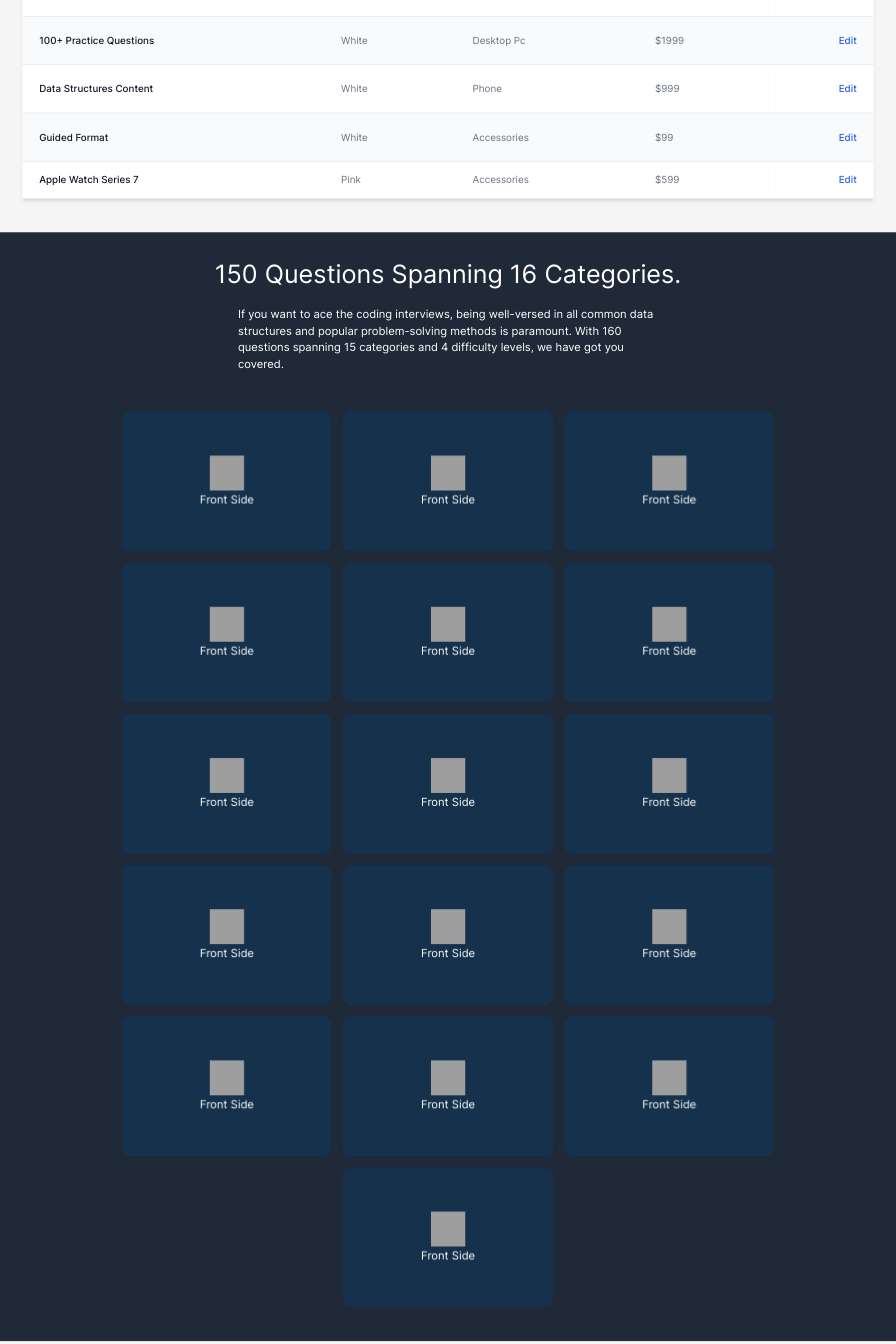
Repository: om1ars/Xjkey
Page: /
An editor plug-in stored every save of this project. The page is shown before and after the next save, followed by the edit.
The browser window is 1280 px wide. The pictures show the part of the page from y = 1117 to 3037 px (the page is 3657 px tall before and 3673 px after), at 70% of full size.
Pictures or frames that could not be fetched are drawn as grey boxes. The project was rebuilt for these pictures with package versions that can differ from the ones it lists, and the page was loaded fresh each time. The framework's server and built-in components were replaced by stand-ins that run in the browser. Also part of the build but not shown: next.config.js.

Above is the page before, as saved 2022-03-19 01:47:48.

### src/pages/_app.tsx
import "@/css/fonts.css";
// Import Swiper styles
import "swiper/css";
import "swiper/css/free-mode";
import "swiper/css/scrollbar";
import "swiper/css/navigation";
//
import "@/css/main.scss";
import type { AppProps } from "next/app";
import { ThemeProvider } from "next-themes";
import { Header } from "@/components/Header";
import DefaultLayout from "@/layouts/DefaultLayout";

function MyApp({ Component, pageProps }: AppProps) {
  return (
    <ThemeProvider attribute="class" defaultTheme="system">
      <DefaultLayout>
        <Component {...pageProps} />
      </DefaultLayout>
    </ThemeProvider>
  );
}

export default MyApp;

### src/pages/_document.tsx
import NextDocument, {
  Html,
  Head,
  Main,
  NextScript,
  DocumentContext,
} from 'next/document';

export default class Document extends NextDocument {
  static async getInitialProps(ctx: DocumentContext) {
    const initialProps = await NextDocument.getInitialProps(ctx);
    return { ...initialProps };
  }

  render() {
    return (
      <Html lang='en' className='dark'>
        <Head>
          <link href='/favicons/site.webmanifest' rel='manifest' />
          <link href='/favicons/favicon.ico' rel='shortcut icon' />
          <link
            href='/favicons/apple-touch-icon.png'
            rel='apple-touch-icon'
            sizes='180x180'
          />
          <link
            href='/favicons/favicon-32x32.png'
            rel='icon'
            sizes='32x32'
            type='image/png'
          />
          <link
            href='/favicons/favicon-16x16.png'
            rel='icon'
            sizes='16x16'
            type='image/png'
          />
          <link
            rel='mask-icon'
            href='/favicons/safari-pinned-tab.svg'
            color='#6366f1'
          />
          <meta content='#ffffff' name='theme-color' />
          <meta content='#ffffff' name='msapplication-TileColor' />
          <meta
            content='/favicons/browserconfig.xml'
            name='msapplication-config'
          />
        </Head>
        <body className='dark:highlight-white/5 bg-neutral-100 text-slate-900 antialiased dark:bg-gray-800 dark:text-white'>
          <Main />
          <NextScript />
        </body>
      </Html>
    );
  }
}

### src/pages/index.tsx
import React from "react";
import SEO from "@/components/SEO";
import AboutUs from "@/components/HomeComponents/AboutUs";
import Hero from "@/components/HomeComponents/Hero";
import { FeaturedJobs } from "@/components/HomeComponents/FeaturedJobs";
import AlgoFlipCard from "@/components/HomeComponents/FlipCard";
import VideosComponents from "@/components/HomeComponents/VideosComponents";
import CompareTable from "@/components/HomeComponents/CompareTable";
export default function Home() {
  return (
    <>
      <SEO />
      <Hero />
      <main className="mx-auto max-w-screen-xl px-6 sm:px-8">
        <div className="mt-16 space-y-20">
          <FeaturedJobs />
        </div>
      </main>
      <main
        className="mx-auto max-w-screen-xl px-6 sm:px-8 "
        id="video-explanation"
      >
        <div className="mt-16 space-y-20">
          <CompareTable />
        </div>
      </main>
      <div className="mt-10 " id="flipCard">
        <AlgoFlipCard />
      </div>
      <main
        className="mx-auto max-w-screen-xl px-6 sm:px-8 "
        id="video-explanation"
      >
        <div className="mt-16 space-y-20">
          <VideosComponents />
        </div>
      </main>
    </>
  );
}

### src/css/fonts.css
@font-face {
  font-family: "Inter var";
  font-weight: 100 900;
  font-display: swap;
  font-style: normal;
  font-named-instance: "Regular";
  src: url("../fonts/Inter-roman-latin.var.woff2") format("woff2");
}

@font-face {
  font-family: "Inter var";
  font-weight: 100 900;
  font-display: swap;
  font-style: italic;
  font-named-instance: "Italic";
  src: url("../fonts/Inter-italic-latin.var.woff2") format("woff2");
}

### src/css/main.scss
@tailwind base;
@tailwind components;
@tailwind utilities;
@import "./flip-card.scss";
@layer base {
  .dark {
    color-scheme: dark;
  }
}

/* styling Swiper default navigations elements */
.swiper-button-next {
  background-color: theme("colors.white");
  height: 40px;
  width: 40px;
  border-radius: 100px;
  box-shadow: theme("boxShadow.lg");
  transition: all;
  transition-duration: 150ms;
}

html.dark .swiper-button-next {
  background-color: theme("colors.slate.600");
}

.swiper-button-next:hover {
  background-color: theme("colors.slate.200");
}

html.dark .swiper-button-next:hover {
  background-color: theme("colors.slate.400");
}

.swiper-button-next::after {
  color: black;
  font-size: 1rem;
  font-weight: bold;
}
html.dark .swiper-button-next::after {
  color: theme("colors.white");
}

.swiper-button-prev {
  background-color: theme("colors.white");
  height: 40px;
  width: 40px;
  border-radius: 100px;
  box-shadow: theme("boxShadow.lg");
  transition: all;
  transition-duration: 150ms;
}

html.dark .swiper-button-prev {
  background-color: theme("colors.slate.600");
}

.swiper-button-prev:hover {
  background-color: theme("colors.slate.200");
}

html.dark .swiper-button-prev:hover {
  background-color: theme("colors.slate.400");
}

.swiper-button-prev::after {
  color: black;
  font-size: 1rem;
  font-weight: bold;
}
html.dark .swiper-button-prev::after {
  color: theme("colors.white");
}

html.dark .swiper-scrollbar {
  background: rgb(255, 255, 255, 0.2);
}
html.dark .swiper-scrollbar-drag {
  background: rgb(255, 255, 255, 0.6);
}
/* end of styling Swiper default navigations elements */

### src/layouts/DefaultLayout.tsx
import Footer from "@/components/Footer";
import { Header } from "@/components/Header";
import React, { FC } from "react";

export default function DefaultLayout({ children }: any) {
  return (
    <div>
      <Header />
      <main>{children}</main>
      <Footer />
    </div>
  );
}

### src/components/SEO.tsx
import React from "react";
import Head from "next/head";

const defaultMeta = {
  title: "Job Seeking Landing Page - Miad V",
  description: "Exprimental Project",
};

const SEO: React.FC<any> = ({ children, ...customMeta }) => {
  const meta = {
    ...defaultMeta,
    ...customMeta,
  };
  return (
    <Head>
      <meta name="robots" content="noindex" />
      <title>{meta.title}</title>
      <meta name="description" content={meta.description} />
    </Head>
  );
};

export default SEO;

### src/components/HomeComponents/VideosComponents.tsx
import React from "react";

export default function VideosComponents() {
  return (
    <div className="flex justify-between text-justify sm:flex-col  md:flex-col lg:flex-row">
      <div className="w-6/12 pl-5 pr-5">
        <div>
          <h1 className="mb-3 text-4xl text-black">Our Videos Set Us Apart.</h1>
          <p>
            Lorem ipsum dolor sit amet consectetur, adipisicing elit. Unde
            architecto corporis obcaecati quis error autem impedit aliquid id
            fugiat pariatur doloremque, delectus voluptatibus maiores odit ipsa
            aspernatur dolorem quo non.
          </p>
        </div>
        <div className="mt-6 flex sm:flex-col md:flex-col lg:flex-row">
          <div className="mr-6 text-justify">
            <h3 className="mb-3 text-2xl text-black">Conceptual Overview</h3>
            <p>
              Lorem ipsum dolor sit amet, consectetur adipisicing elit. Quos
              beatae culpa eveniet error, nesciunt quo veritatis nihil debitis
              numquam enim totam dolorum esse perspiciatis incidunt labore,
              alias voluptatibus molestiae dignissimos!
            </p>
          </div>
          <div>
            <h3 className="mb-3 text-2xl text-black">Code Walkthrough</h3>
            <p>
              Lorem ipsum dolor sit amet, consectetur adipisicing elit. Quos
              beatae culpa eveniet error, nesciunt quo veritatis nihil debitis
              numquam enim totam dolorum esse perspiciatis incidunt labore,
              alias voluptatibus molestiae dignissimos!
            </p>
          </div>
        </div>
      </div>
      <div className="w-6/12 border"></div>
    </div>
  );
}

### src/components/HomeComponents/CompareTable.tsx
import React from "react";

export default function CompareTable() {
  return (
    <div>
      <div className="flex flex-col">
        <div className="overflow-x-auto sm:-mx-6 lg:-mx-8">
          <div className="inline-block min-w-full py-2 sm:px-6 lg:px-8">
            <div className="overflow-hidden shadow-md ">
              <table className="min-w-full">
                <thead className="bg-white  ">
                  <tr className="">
                    <th
                      scope="col"
                      className="py-3 px-6 text-left text-xs font-medium uppercase tracking-wider text-gray-700 dark:text-gray-400"
                    >
                      Name
                    </th>
                    <th
                      scope="col"
                      className="py-3 px-6   pt-10 pb-10 text-left text-xs font-medium uppercase tracking-wider text-gray-700 dark:text-gray-400"
                    >
                      Color
                    </th>
                    <th
                      scope="col"
                      className="py-3 px-6 text-left text-xs font-medium uppercase tracking-wider text-gray-700 dark:text-gray-400"
                    >
                      Category
                    </th>
                    <th
                      scope="col"
                      className="py-3 px-6 text-left text-xs font-medium uppercase tracking-wider text-gray-700 dark:text-gray-400"
                    >
                      Price
                    </th>
                    <th scope="col" className="relative py-3 px-6">
                      <span className="sr-only">Edit</span>
                    </th>
                  </tr>
                </thead>
                <tbody>
                  {/* Product 1 */}
                  <tr className="border-b odd:bg-white even:bg-gray-50 dark:border-gray-600 odd:dark:bg-gray-800 even:dark:bg-gray-700">
                    <td className="whitespace-nowrap border-t py-4 px-6 pt-6 pb-6 text-sm font-medium text-gray-900 dark:text-white">
                      Coding Workspace
                    </td>
                    <td className="whitespace-nowrap py-4 border-t px-6 text-sm text-gray-500 dark:text-gray-400">
                      Sliver
                    </td>
                    <td className="whitespace-nowrap py-4 border-t px-6 text-sm text-gray-500 dark:text-gray-400">
                      Laptop
                    </td>
                    <td className="whitespace-nowrap py-4 px-6 border-t text-sm text-gray-500 dark:text-gray-400">
                      $2999
                    </td>
                    <td className="whitespace-nowrap py-4 px-6 text border-t-right text-sm font-medium">
                      <a
                        href="#"
                        className="text-blue-600 hover:underline dark:text-blue-500"
                      >
                        Edit
                      </a>
                    </td>
                  </tr>
                  {/* Product 2 */}
                  <tr className="border-b odd:bg-white even:bg-gray-50 dark:border-gray-600 odd:dark:bg-gray-800 even:dark:bg-gray-700">
                    <td className="whitespace-nowrap py-4 px-6 pt-6 pb-6 text-sm font-medium text-gray-900 dark:text-white">
                      100+ Practice Questions
                    </td>
                    <td className="whitespace-nowrap py-4 px-6 text-sm text-gray-500 dark:text-gray-400">
                      White
                    </td>
                    <td className="whitespace-nowrap py-4 px-6 text-sm text-gray-500 dark:text-gray-400">
                      Desktop Pc
                    </td>
                    <td className="whitespace-nowrap py-4 px-6 text-sm text-gray-500 dark:text-gray-400">
                      $1999
                    </td>
                    <td className="whitespace-nowrap py-4 px-6 text-right text-sm font-medium">
                      <a
                        href="#"
                        className="text-blue-600 hover:underline dark:text-blue-500"
                      >
                        Edit
                      </a>
                    </td>
                  </tr>
                  {/* Product 3 */}
                  <tr className="border-b odd:bg-white even:bg-gray-50 dark:border-gray-600 odd:dark:bg-gray-800 even:dark:bg-gray-700">
                    <td className="whitespace-nowrap py-4 px-6 pt-6 pb-6 text-sm font-medium text-gray-900 dark:text-white">
                      Data Structures Content
                    </td>
                    <td className="whitespace-nowrap py-4 px-6 text-sm text-gray-500 dark:text-gray-400">
                      White
                    </td>
                    <td className="whitespace-nowrap py-4 px-6 text-sm text-gray-500 dark:text-gray-400">
                      Phone
                    </td>
                    <td className="whitespace-nowrap py-4 px-6 text-sm text-gray-500 dark:text-gray-400">
                      $999
                    </td>
                    <td className="whitespace-nowrap py-4 px-6 text-right text-sm font-medium">
                      <a
                        href="#"
                        className="text-blue-600 hover:underline dark:text-blue-500"
                      >
                        Edit
                      </a>
                    </td>
                  </tr>
                  {/* Product 4 */}
                  <tr className="border-b odd:bg-white even:bg-gray-50 dark:border-gray-600 odd:dark:bg-gray-800 even:dark:bg-gray-700">
                    <td className="whitespace-nowrap py-4 px-6 pt-6 pb-6 text-sm font-medium text-gray-900 dark:text-white">
                      Guided Format
                    </td>
                    <td className="whitespace-nowrap py-4 px-6 text-sm text-gray-500 dark:text-gray-400">
                      White
                    </td>
                    <td className="whitespace-nowrap py-4 px-6 text-sm text-gray-500 dark:text-gray-400">
                      Accessories
                    </td>
                    <td className="whitespace-nowrap py-4 px-6 text-sm text-gray-500 dark:text-gray-400">
                      $99
                    </td>
                    <td className="whitespace-nowrap py-4 px-6 text-right text-sm font-medium">
                      <a
                        href="#"
                        className="text-blue-600 hover:underline dark:text-blue-500"
                      >
                        Edit
                      </a>
                    </td>
                  </tr>
                  {/* Product 5 */}
                  <tr className="border-b odd:bg-white even:bg-gray-50 dark:border-gray-600 odd:dark:bg-gray-800 even:dark:bg-gray-700">
                    <td className="whitespace-nowrap py-4 px-6 text-sm font-medium text-gray-900 dark:text-white">
                      Apple Watch Series 7
                    </td>
                    <td className="whitespace-nowrap py-4 px-6 text-sm text-gray-500 dark:text-gray-400">
                      Pink
                    </td>
                    <td className="whitespace-nowrap py-4 px-6 text-sm text-gray-500 dark:text-gray-400">
                      Accessories
                    </td>
                    <td className="whitespace-nowrap py-4 px-6 text-sm text-gray-500 dark:text-gray-400">
                      $599
                    </td>
                    <td className="whitespace-nowrap py-4 px-6 text-right text-sm font-medium">
                      <a
                        href="#"
                        className="text-blue-600 hover:underline dark:text-blue-500"
                      >
                        Edit
                      </a>
                    </td>
                  </tr>
                </tbody>
              </table>
            </div>
          </div>
        </div>
      </div>
    </div>
  );
}

### src/css/flip-card.scss
.algo_flip_card_container {
  width: 100%;
  padding: 40px;
  height: 100%;
  background: #1f2937;
  //   display: flex;
  justify-content: center;
  align-items: center;
}
.services-box {
  display: flex;
  justify-content: center;
  align-items: center;
  flex-wrap: wrap;
}

.service {
  margin: 8px;
}

.flip-box {
  background-color: transparent;
  width: 300px;
  height: 200px;
  //   border: 1px solid #15314b;
  border-radius: 10px;
  perspective: 1000px;
}

.flip-box-inner {
  position: relative;
  width: 100%;
  height: 100%;
  text-align: center;
  transition: transform 0.4s;
  transform-style: preserve-3d;

  display: flex;
  justify-content: center;
  align-items: center;
}

.flip-box:hover .flip-box-inner {
  transform: rotateY(180deg);
}

.flip-box-front,
.flip-box-back {
  position: absolute;
  width: 100%;
  height: 100%;
  -webkit-backface-visibility: hidden;
  backface-visibility: hidden;

  display: flex;
  justify-content: center;
  align-items: center;
  flex-direction: column;
}

.flip-box-front {
  background-color: #15314b;
  color: white;
  border-radius: 10px;
}

.flip-box-front img {
  height: 50px;
  width: 50px;
}

.flip-box-back {
  background-color: #15314b;
  color: white;
  transform: rotateY(180deg);
  border-radius: 10px;
  padding: 16px;
}

### src/components/Footer.tsx
import React from "react";

export default function Footer() {
  return (
    <div>
      <div className="bg-darkBg text-whiteBg flex flex-col items-center justify-center pl-48 pr-48 pt-16 pb-10">
        <div className="lg:flex sm:flex md:flex sm:flex-wrap md:flex-wrap ">
          <div className="ml-4 flex ">
            <span className="mr-2 ml-2">Contact us</span>
            <div className=" ml-2 w-0.5 bg-gray-500"></div>
          </div>
          <div className="ml-4 flex ">
            <span className="mr-2 ml-2">FAQ</span>
            <div className=" ml-2 w-0.5 bg-gray-500"></div>
          </div>
          <div className="ml-4 flex ">
            <span className="mr-2 ml-2">Reviews</span>
            <div className=" ml-2 w-0.5 bg-gray-500"></div>
          </div>
          <div className="ml-4 flex ">
            <span className="mr-2 ml-2">Blog</span>
            <div className=" ml-2 w-0.5 bg-gray-500"></div>
          </div>
          <div className="ml-4 flex ">
            <span className="mr-2 ml-2">Jobs</span>
            <div className=" ml-2 w-0.5 bg-gray-500"></div>
          </div>
          <div className="ml-4 flex ">
            <span className="mr-2 ml-2 ">Legal stuff</span>
          </div>

        </div>
        <div className="mt-6">
          <span>Copyright © 2017-2022 EzCode LLC. All rights reserved.</span>
        </div>
      </div>
    </div>
  );
}

### src/components/Logo.tsx
import clsx from "clsx";
import React from "react";

export default function Logo() {
  return (
    <span
      className={clsx(
        "bg-gradient-to-r from-fuchsia-800 via-purple-600 to-indigo-800 bg-clip-text align-middle text-3xl font-black tracking-widest text-transparent"
      )}
    >
      HIREDLi
    </span>
  );
}

### src/utils/assertions.ts
export const __DEV__ = process.env.NODE_ENV !== "production";

Loaded but not shown: tailwind.config.js (18 lines, source omitted); src/components/Header.tsx (699 lines, source omitted); src/components/HomeComponents/FlipCard.tsx (283 lines, source omitted); src/components/HomeComponents/AuthenticationDialog.tsx (206 lines, source omitted); src/components/ThemeToggle.tsx (220 lines, source omitted); src/components/HomeComponents/Hero.tsx (170 lines, source omitted); src/components/HomeComponents/FeaturedJobs.tsx (143 lines, source omitted); src/components/Button/index.tsx (185 lines, source omitted)

After the next save:
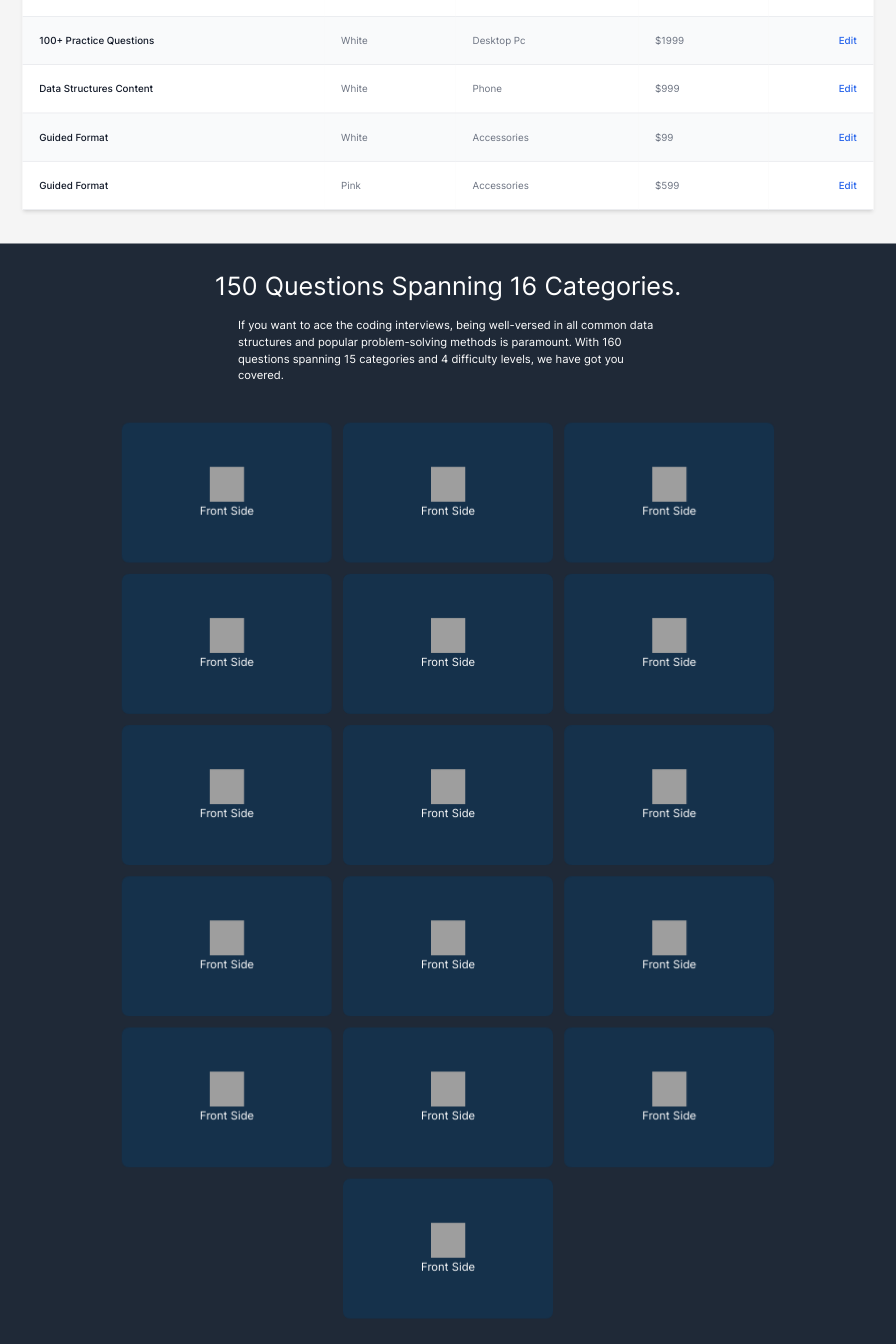
Saved 6 s later.
--- a/src/components/HomeComponents/CompareTable.tsx
+++ b/src/components/HomeComponents/CompareTable.tsx
@@ -134,8 +134,8 @@ export default function CompareTable() {
                   </tr>
                   {/* Product 5 */}
                   <tr className="border-b odd:bg-white even:bg-gray-50 dark:border-gray-600 odd:dark:bg-gray-800 even:dark:bg-gray-700">
-                    <td className="whitespace-nowrap py-4 px-6 text-sm font-medium text-gray-900 dark:text-white">
-                      Apple Watch Series 7
+                  <td className="whitespace-nowrap py-4 px-6 pt-6 pb-6 text-sm font-medium text-gray-900 dark:text-white">
+                      Guided Format
                     </td>
                     <td className="whitespace-nowrap py-4 px-6 text-sm text-gray-500 dark:text-gray-400">
                       Pink
